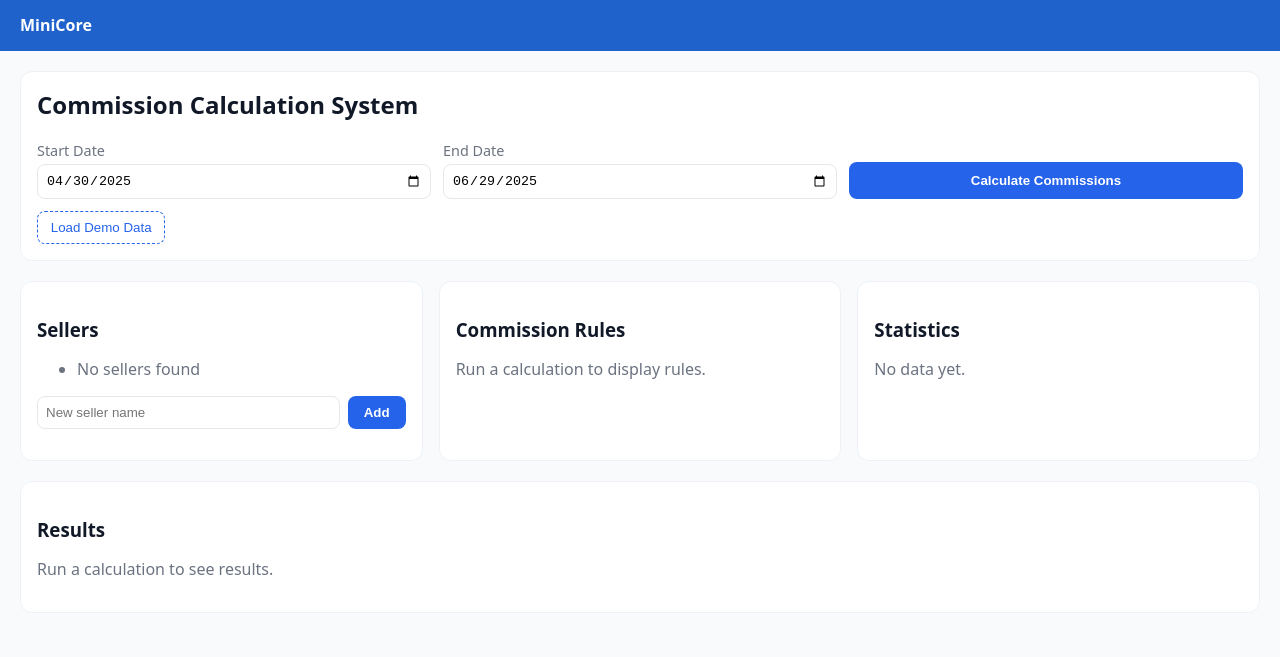
Repository: byPronox/commission-calculation-system
Page: / (app in frontend/)
An editor plug-in stored every save of this project. The page is shown before and after the next save, followed by the edit.
The browser window is 1280 px wide. The pictures show the whole page.
The page's requests for data from a server got no answer. The project was rebuilt for these pictures with package versions that can differ from the ones it lists, and the page was loaded fresh each time. No one was signed in, and anything a server would have sent is missing. Also part of the build but not shown: frontend/vite.config.ts.

Above is the page before, as saved 2025-10-19 16:32:59.

### frontend/src/App.tsx
import { useEffect, useState } from "react";
import { getSellers, getCommissions, seedDemo } from "./lib/api";
import Navbar from "./components/Navbar/Navbar";
import DateRangeFilter from "./components/DateRangeFilter/DateRangeFilter";
import SellersList from "./components/SellersList/SellersList";
import CommissionRules from "./components/CommissionRules/CommissionRules";
import Statistics from "./components/Statistics/Statistics";
import ResultsTable from "./components/ResultsTable/ResultsTable";
import "./styles/main.scss";

type Period = { start: string; end: string };

export default function App() {
  const [sellers, setSellers] = useState<any[]>([]);
  const [rules, setRules] = useState<any[]>([]);
  const [summary, setSummary] = useState<any | null>(null);
  const [results, setResults] = useState<any[]>([]);
  const [loading, setLoading] = useState(false);
  const [period, setPeriod] = useState<Period>({
    start: "2025-04-30",
    end: "2025-06-29",
  });

  const refreshSellers = async () => {
    const list = await getSellers();
    setSellers(list);
  };

  useEffect(() => {
    refreshSellers();
  }, []);

  const handleSeed = async () => {
    await seedDemo();
    const list = await getSellers();
    setSellers(list);
    alert("Demo data created ✔");
  };

  const handleCalculate = async () => {
    setLoading(true);
    try {
      const data = await getCommissions(period.start, period.end);
      setRules(data.rules || []);
      setSummary(data.summary || null);
      setResults(data.per_seller || []);
    } catch (e) {
      console.error(e);
      alert("Failed to calculate commissions");
    } finally {
      setLoading(false);
    }
  };

  return (
    <>
      <Navbar />
      <main className="home">
        <section className="home__filter">
          <h1 className="home__title">Commission Calculation System</h1>
          <DateRangeFilter period={period} setPeriod={setPeriod} onCalculate={handleCalculate} loading={loading} />
          <button className="home__seed" onClick={handleSeed}>Load Demo Data</button>
        </section>

        <section className="home__grid">
          <div className="home__card"><SellersList sellers={sellers} onRefresh={refreshSellers} /></div>
          <div className="home__card"><CommissionRules rules={rules} /></div>
          <div className="home__card"><Statistics summary={summary} /></div>
        </section>

        <section className="home__results">
          <ResultsTable results={results} />
        </section>
      </main>
    </>
  );
}

### frontend/src/lib/api.js
const API_URL = import.meta.env.VITE_API_URL;

export async function seedDemo() {
  const r = await fetch(`${API_URL}/demo/seed`, { method: "POST" });
  if (!r.ok) throw new Error("Failed to seed demo data");
  return r.json();
}

export async function getSellers() {
  const r = await fetch(`${API_URL}/sellers/`);
  if (!r.ok) throw new Error("Failed to fetch sellers");
  return r.json();
}

export async function getCommissions(startDate, endDate) {
  const url = new URL(`${API_URL}/commissions/`);
  url.searchParams.set("start_date", startDate);
  url.searchParams.set("end_date", endDate);
  const r = await fetch(url);
  if (!r.ok) throw new Error("Failed to fetch commissions");
  return r.json();
}

export async function createSale({ seller_id, amount, date }) {
  const r = await fetch(`${API_URL}/sales/`, {
    method: "POST",
    headers: { "Content-Type": "application/json" },
    body: JSON.stringify({ seller_id, amount, date }),
  });
  if (!r.ok) throw new Error("Failed to create sale");
  return r.json();
}

export async function createSalesBatch(items) {
  const r = await fetch(`${API_URL}/sales/batch`, {
    method: "POST",
    headers: { "Content-Type": "application/json" },
    body: JSON.stringify(items), // [{seller_id, amount, date}, ...]
  });
  if (!r.ok) throw new Error("Failed to create sales batch");
  return r.json();
}

### frontend/src/components/Navbar/Navbar.jsx
import "./Navbar.scss";

export default function Navbar() {
  return (
    <header className="nav">
      <div className="nav__brand">MiniCore</div>
      <nav className="nav__menu">
      </nav>
    </header>
  );
}

### frontend/src/components/DateRangeFilter/DateRangeFilter.jsx
import "./DateRangeFilter.scss";

export default function DateRangeFilter({ period, setPeriod, onCalculate, loading }) {
  return (
    <div className="filter">
      <div className="filter__row">
        <label className="filter__label">Start Date</label>
        <input
          className="filter__input"
          type="date"
          value={period.start}
          onChange={(e) => setPeriod((p) => ({ ...p, start: e.target.value }))}
        />
      </div>

      <div className="filter__row">
        <label className="filter__label">End Date</label>
        <input
          className="filter__input"
          type="date"
          value={period.end}
          onChange={(e) => setPeriod((p) => ({ ...p, end: e.target.value }))}
        />
      </div>

      <button className="filter__button" onClick={onCalculate} disabled={loading}>
        {loading ? "Calculating..." : "Calculate Commissions"}
      </button>
    </div>
  );
}

### frontend/src/components/SellersList/SellersList.jsx
import AddSeller from "../AddSeller/AddSeller";
import "./SellersList.scss";

export default function SellersList({ sellers = [], onRefresh }) {
  return (
    <section className="sellers">
      <h3 className="sellers__title">Sellers</h3>

      <ul className="sellers__list">
        {sellers.length === 0 && <li className="sellers__empty">No sellers found</li>}
        {sellers.map((s) => (
          <li key={s.id} className="sellers__item">{s.name}</li>
        ))}
      </ul>

      {/* new form */}
      <AddSeller onSellerAdded={onRefresh} />
    </section>
  );
}

### frontend/src/components/CommissionRules/CommissionRules.jsx
import "./CommissionRules.scss";

export default function CommissionRules({ rules = [] }) {
  return (
    <section className="rules">
      <h3 className="rules__title">Commission Rules</h3>
      {rules.length === 0 ? (
        <p className="rules__empty">Run a calculation to display rules.</p>
      ) : (
        <ul className="rules__list">
          {rules.map((r, idx) => (
            <li key={idx} className="rules__item">
              ≥ ${r.min.toFixed(2)} → {(r.rate * 100).toFixed(1)}%
            </li>
          ))}
        </ul>
      )}
    </section>
  );
}

### frontend/src/components/Statistics/Statistics.jsx
import "./Statistics.scss";

export default function Statistics({ summary }) {
  return (
    <section className="stats">
      <h3 className="stats__title">Statistics</h3>
      {!summary ? (
        <p className="stats__empty">No data yet.</p>
      ) : (
        <ul className="stats__list">
          <li className="stats__item"><span>Total Sellers</span><strong>{summary.total_sellers}</strong></li>
          <li className="stats__item"><span>Total Sales</span><strong>{summary.total_sales}</strong></li>
          <li className="stats__item"><span>System Amount</span><strong>${summary.total_amount.toFixed(2)}</strong></li>
          <li className="stats__item"><span>Total Commission</span><strong>${summary.total_commission.toFixed(2)}</strong></li>
        </ul>
      )}
    </section>
  );
}

### frontend/src/components/ResultsTable/ResultsTable.jsx
import "./ResultsTable.scss";

export default function ResultsTable({ results = [] }) {
  if (!results || results.length === 0) {
    return (
      <section className="results">
        <h3 className="results__title">Results</h3>
        <p className="results__empty">Run a calculation to see results.</p>
      </section>
    );
  }

  return (
    <section className="results">
      <h3 className="results__title">Results</h3>
      <div className="results__table" role="table">
        <div className="results__row results__row--head" role="row">
          <div className="results__cell">Seller</div>
          <div className="results__cell">Sales Count</div>
          <div className="results__cell">Total Sales</div>
          <div className="results__cell">Rate</div>
          <div className="results__cell">Commission</div>
        </div>
        {results.map((r) => (
          <div key={r.seller_id} className="results__row" role="row">
            <div className="results__cell">{r.seller_name}</div>
            <div className="results__cell">{r.sales_count}</div>
            <div className="results__cell">${r.total_sales_amount.toFixed(2)}</div>
            <div className="results__cell">{(r.applied_rate * 100).toFixed(1)}%</div>
            <div className="results__cell">${r.commission_amount.toFixed(2)}</div>
          </div>
        ))}
      </div>
    </section>
  );
}

### frontend/src/styles/main.scss
@import "./_variables.scss";

* { box-sizing: border-box; }
body {
  margin: 0;
  font-family: system-ui, -apple-system, Segoe UI, Roboto, "Helvetica Neue", Arial, "Noto Sans", "Liberation Sans";
  background: var(--c-bg);
  color: #111827;
}

.home {
  display: flex;
  flex-direction: column;
  gap: 1.25rem;
  padding: 1.25rem;

  &__title {
    margin: 0 0 0.5rem 0;
  }

  &__filter {
    background: #fff;
    border: 1px solid #eef2f7;
    border-radius: 12px;
    padding: 1rem;
    display: flex;
    flex-direction: column;
    gap: 0.75rem;
  }

  &__seed {
    width: fit-content;
    padding: 0.5rem 0.8rem;
    background: transparent;
    border: 1px dashed var(--c-accent);
    color: var(--c-accent);
    border-radius: 8px;
    cursor: pointer;
  }

  &__grid {
    display: grid;
    gap: 1rem;
    grid-template-columns: repeat(3, minmax(0, 1fr));
  }

  &__card {
    background: #fff;
    border: 1px solid #eef2f7;
    border-radius: 12px;
    padding: 1rem;
    min-height: 180px;
  }

  &__results {
    background: #fff;
    border: 1px solid #eef2f7;
    border-radius: 12px;
    padding: 1rem;
  }

  @media (max-width: 1024px) {
    &__grid { grid-template-columns: 1fr 1fr; }
  }
  @media (max-width: 640px) {
    &__grid { grid-template-columns: 1fr; }
  }
}

### frontend/src/components/Navbar/Navbar.scss
.nav {
  display: flex;
  justify-content: space-between;
  align-items: center;
  padding: 0.9rem 1.25rem;
  background: var(--c-primary);
  color: #fff;

  &__brand {
    font-weight: 700;
  }

  &__menu {
    display: flex;
    gap: 1rem;
  }

  &__link {
    color: #fff;
    text-decoration: none;
    font-weight: 500;
  }
}

### frontend/src/components/DateRangeFilter/DateRangeFilter.scss
.filter {
  display: grid;
  grid-template-columns: repeat(auto-fit, minmax(220px, 1fr));
  gap: 0.75rem;
  align-items: end;

  &__row {
    display: flex;
    flex-direction: column;
    gap: 0.25rem;
  }

  &__label {
    font-size: 0.9rem;
    color: var(--c-muted);
  }

  &__input {
    padding: 0.5rem;
    border: 1px solid #e5e7eb;
    border-radius: 8px;
  }

  &__button {
    padding: 0.7rem 1rem;
    border: none;
    border-radius: 8px;
    background: var(--c-accent);
    color: #fff;
    font-weight: 600;
    cursor: pointer;
  }
}

### frontend/src/components/AddSeller/AddSeller.jsx
import { useState } from "react";
import "./AddSeller.scss";

export default function AddSeller({ onSellerAdded }) {
  const [name, setName] = useState("");
  const [loading, setLoading] = useState(false);

  const handleAdd = async () => {
    if (!name.trim()) {
      alert("Please enter a seller name");
      return;
    }

    setLoading(true);
    try {
      const res = await fetch(`${import.meta.env.VITE_API_URL}/sellers/`, {
        method: "POST",
        headers: { "Content-Type": "application/json" },
        body: JSON.stringify({ name }),
      });

      if (!res.ok) throw new Error("Failed to add seller");

      setName("");
      if (onSellerAdded) onSellerAdded(); // notify parent to refresh
    } catch (err) {
      alert("Error adding seller");
      console.error(err);
    } finally {
      setLoading(false);
    }
  };

  return (
    <div className="add-seller">
      <input
        className="add-seller__input"
        type="text"
        value={name}
        onChange={(e) => setName(e.target.value)}
        placeholder="New seller name"
      />
      <button
        className="add-seller__button"
        onClick={handleAdd}
        disabled={loading}
      >
        {loading ? "Adding..." : "Add"}
      </button>
    </div>
  );
}

### frontend/src/components/SellersList/SellersList.scss
.sellers {
  &__title { margin-bottom: 0.75rem; }
  &__list { display: flex; flex-direction: column; gap: 0.5rem; }
  &__item {
    padding: 0.5rem 0.75rem;
    background: #fff;
    border: 1px solid #eef2f7;
    border-radius: 8px;
  }
  &__empty { color: var(--c-muted); }
}

### frontend/src/components/CommissionRules/CommissionRules.scss
.rules {
  &__title { margin-bottom: 0.75rem; }
  &__empty { color: var(--c-muted); }
  &__list { display: grid; gap: 0.5rem; }
  &__item {
    border: 1px solid #eef2f7;
    border-radius: 8px;
    padding: 0.5rem 0.75rem;
    display: flex; justify-content: space-between;
  }
}

### frontend/src/components/Statistics/Statistics.scss
.stats {
  &__title { margin-bottom: 0.75rem; }
  &__empty { color: var(--c-muted); }
  &__list { display: grid; gap: 0.5rem; }
  &__item {
    display: flex; justify-content: space-between;
    border: 1px solid #eef2f7; border-radius: 8px; padding: 0.5rem 0.75rem;
  }
}

### frontend/src/components/ResultsTable/ResultsTable.scss
.results {
  &__title { margin-bottom: 0.75rem; }

  &__table {
    display: grid;
    border: 1px solid #e5e7eb;
    border-radius: 10px;
    overflow: hidden;
  }

  &__row {
    display: grid;
    grid-template-columns: 2fr 1fr 1fr 1fr 1fr;

    &--head {
      background: #f3f4f6;
      font-weight: 700;
    }
  }

  &__cell {
    padding: 0.75rem;
    border-bottom: 1px solid #eef2f7;
  }

  &__empty { color: var(--c-muted); }
}

### frontend/src/styles/_variables.scss
:root {
  --c-primary: #1f62cc;
  --c-accent: #2563eb;
  --c-muted: #6b7280;
  --c-bg: #f8fafc;
}

### frontend/src/components/AddSeller/AddSeller.scss
.add-seller {
  display: flex;
  gap: 0.5rem;
  margin-top: 0.75rem;

  &__input {
    flex: 1;
    padding: 0.5rem;
    border: 1px solid #e5e7eb;
    border-radius: 8px;
  }

  &__button {
    padding: 0.5rem 1rem;
    border: none;
    background: var(--c-accent);
    color: #fff;
    border-radius: 8px;
    font-weight: 600;
    cursor: pointer;
  }
}

### frontend/src/components/AddSale/AddSale.jsx
import { useState } from "react";
import { createSale } from "../../lib/api";
import "./AddSale.scss";

export default function AddSale({ sellers = [], onCreated }) {
  const [sellerId, setSellerId] = useState(sellers[0]?.id ?? "");
  const [amount, setAmount] = useState("");
  const [date, setDate] = useState(new Date().toISOString().slice(0, 10));
  const [loading, setLoading] = useState(false);

  const handleCreate = async () => {
    if (!sellerId || !amount || !date) {
      alert("Please fill all fields");
      return;
    }
    setLoading(true);
    try {
      await createSale({
        seller_id: Number(sellerId),
        amount: Number(amount),
        date,
      });
      setAmount("");
      if (onCreated) onCreated();
      alert("Sale added ✔");
    } catch (e) {
      console.error(e);
      alert("Failed to add sale");
    } finally {
      setLoading(false);
    }
  };

  return (
    <div className="add-sale">
      <select
        className="add-sale__select"
        value={sellerId}
        onChange={(e) => setSellerId(e.target.value)}
      >
        {sellers.map((s) => (
          <option key={s.id} value={s.id}>
            {s.name}
          </option>
        ))}
      </select>

      <input
        className="add-sale__input"
        type="number"
        step="0.01"
        min="0"
        placeholder="Amount"
        value={amount}
        onChange={(e) => setAmount(e.target.value)}
      />

      <input
        className="add-sale__input"
        type="date"
        value={date}
        onChange={(e) => setDate(e.target.value)}
      />

      <button
        className="add-sale__button"
        onClick={handleCreate}
        disabled={loading}
      >
        {loading ? "Adding..." : "Add Sale"}
      </button>
    </div>
  );
}

### frontend/src/components/AddSale/AddSale.scss
.add-sale {
  display: grid;
  grid-template-columns: 1.2fr 1fr 1fr auto;
  gap: 0.5rem;
  margin-top: 0.75rem;

  &__select, &__input {
    padding: 0.5rem;
    border: 1px solid #e5e7eb;
    border-radius: 8px;
  }

  &__button {
    padding: 0.5rem 1rem;
    border: none;
    background: var(--c-primary);
    color: #fff;
    border-radius: 8px;
    font-weight: 600;
    cursor: pointer;
  }

  @media (max-width: 640px) {
    grid-template-columns: 1fr;
  }
}

Loaded but not shown: frontend/index.html (common file); frontend/src/main.tsx (common file)

After the next save:
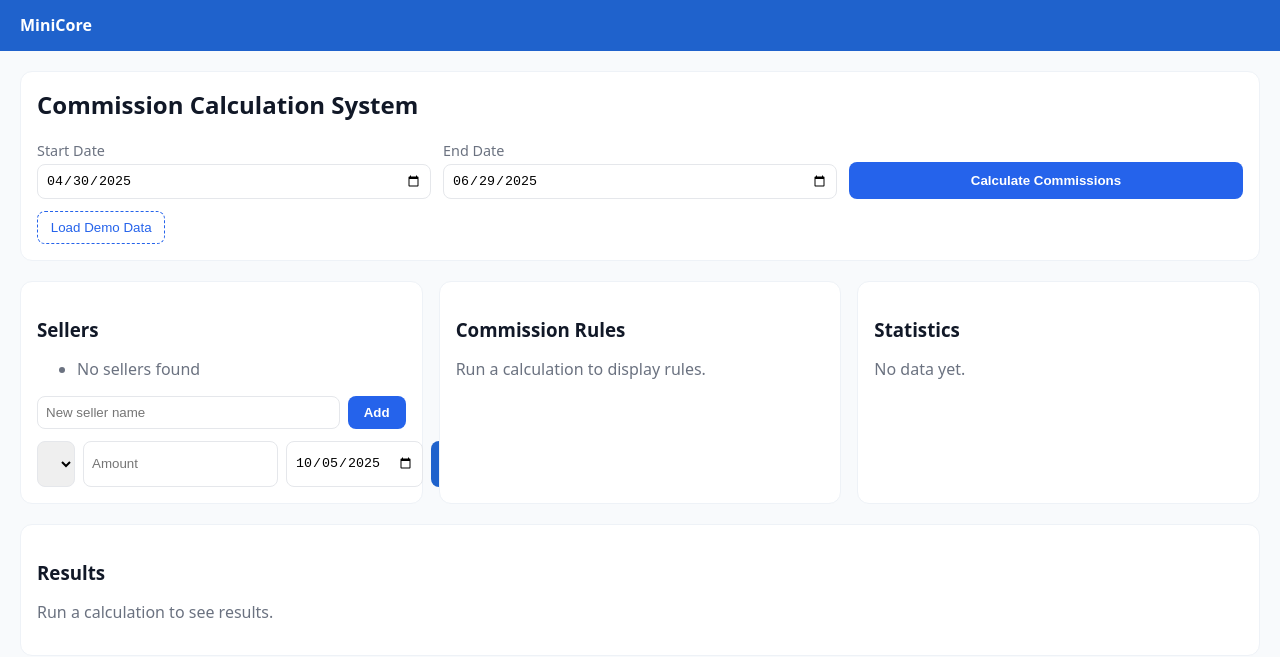
Saved 9 s later.
--- a/frontend/src/components/SellersList/SellersList.jsx
+++ b/frontend/src/components/SellersList/SellersList.jsx
@@ -1,4 +1,5 @@
 import AddSeller from "../AddSeller/AddSeller";
+import AddSale from "../AddSale/AddSale";
 import "./SellersList.scss";
 
 export default function SellersList({ sellers = [], onRefresh }) {
@@ -13,8 +14,10 @@ export default function SellersList({ sellers = [], onRefresh }) {
         ))}
       </ul>
 
-      {/* new form */}
       <AddSeller onSellerAdded={onRefresh} />
+
+      {/* Nuevo: registrar ventas */}
+      <AddSale sellers={sellers} onCreated={onRefresh} />
     </section>
   );
 }
